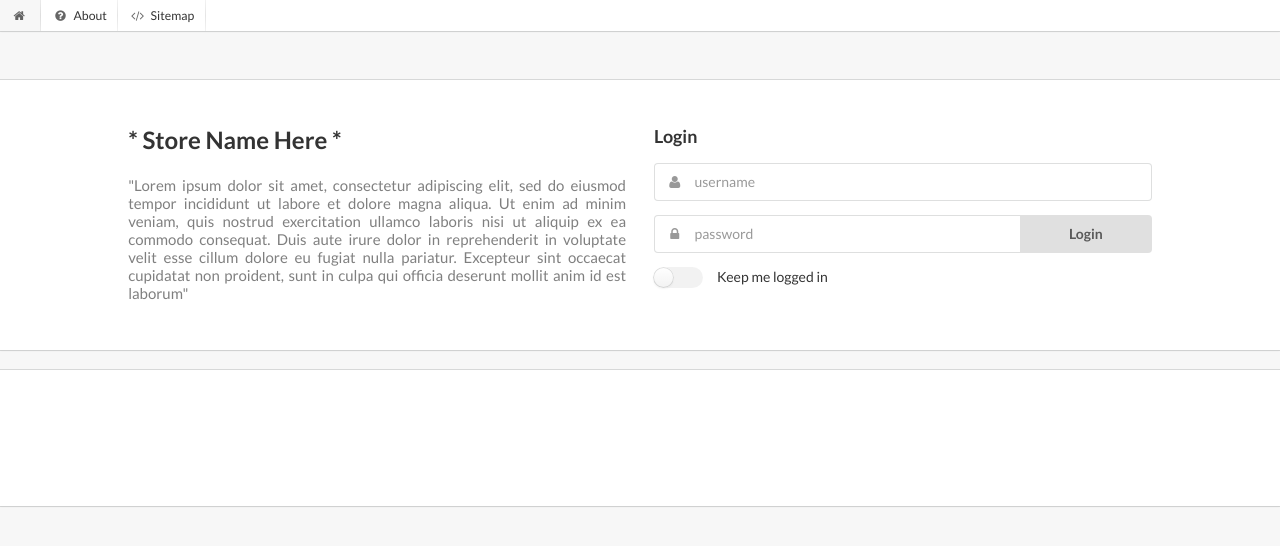
Repository: thdrwngkd/oims
Page: public/index.html
The author's editor kept a record of every edit. The page is drawn from the files as they stood at one moment, then again after the next edit.
The browser window is 1280 px wide. The pictures show the whole page.

Above is the page before.

After the next edit:
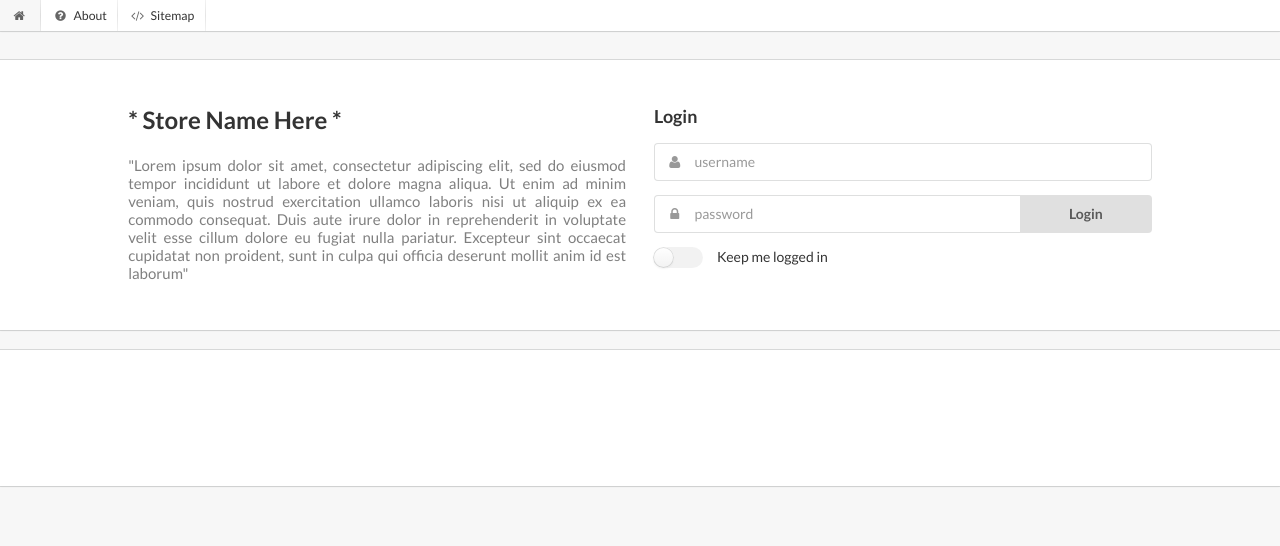
The edit:
--- a/public/index.html
+++ b/public/index.html
@@ -29,7 +29,7 @@
       </nav>
     </header>
     <!-- End    Header Navbar -->
-    <div class="clear height eighty pixels"></div>
+    <div class="clear height sixty pixels"></div>
     <!-- Start  Section Masthead Segment -->
     <section class="ui center segment clear">
       <div class="ui page grid top-bottom margin twenty pixels">
